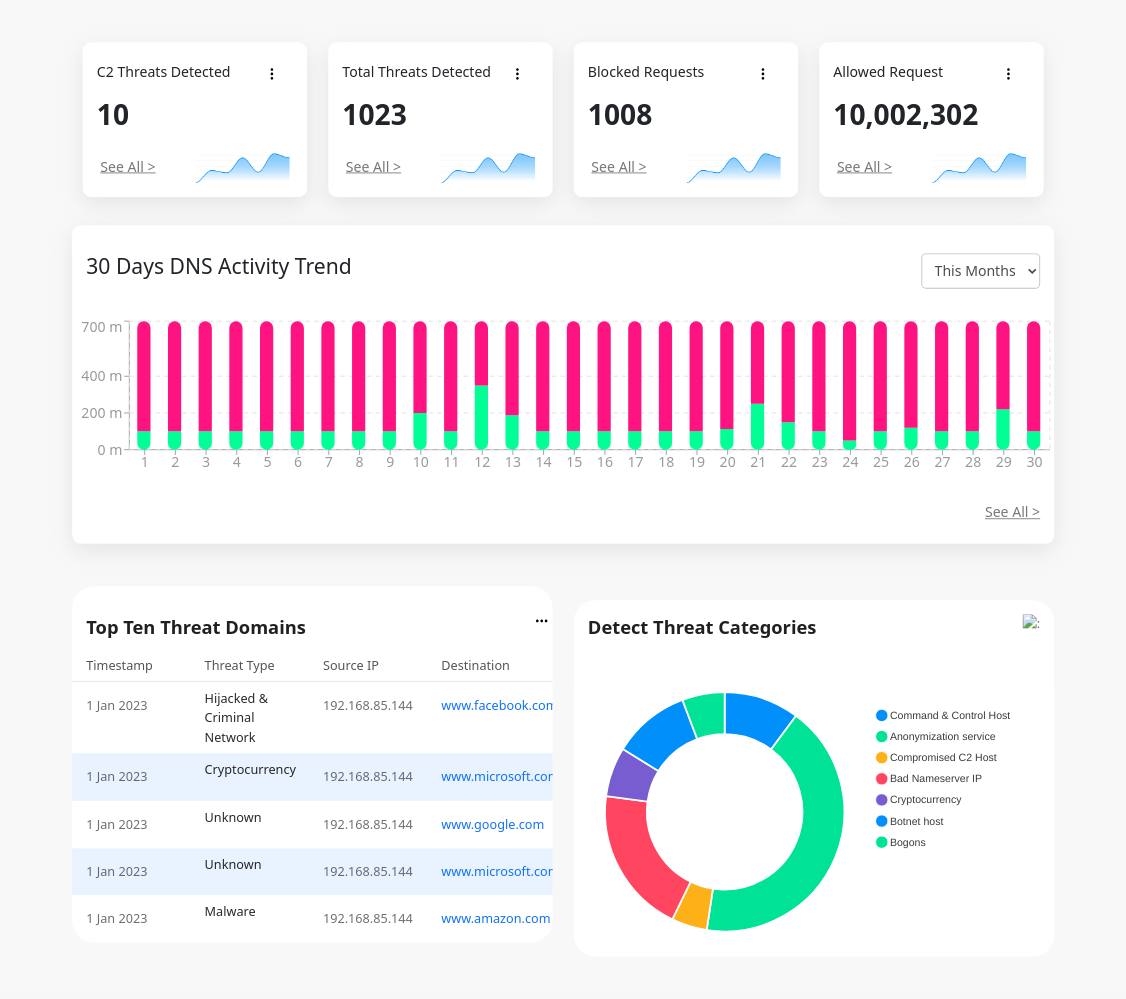
Repository: badhon252/dashboard
Page: /
An editor plug-in stored every save of this project. The page is shown before and after the next save, followed by the edit.
The browser window is 1280 px wide. The pictures show the whole page, at 88% of full size.
The project was rebuilt for these pictures with package versions that can differ from the ones it lists, and the page was loaded fresh each time. Also part of the build but not shown: vite.config.js.

Above is the page before, as saved 2023-01-27 05:12:23.

After the next save:
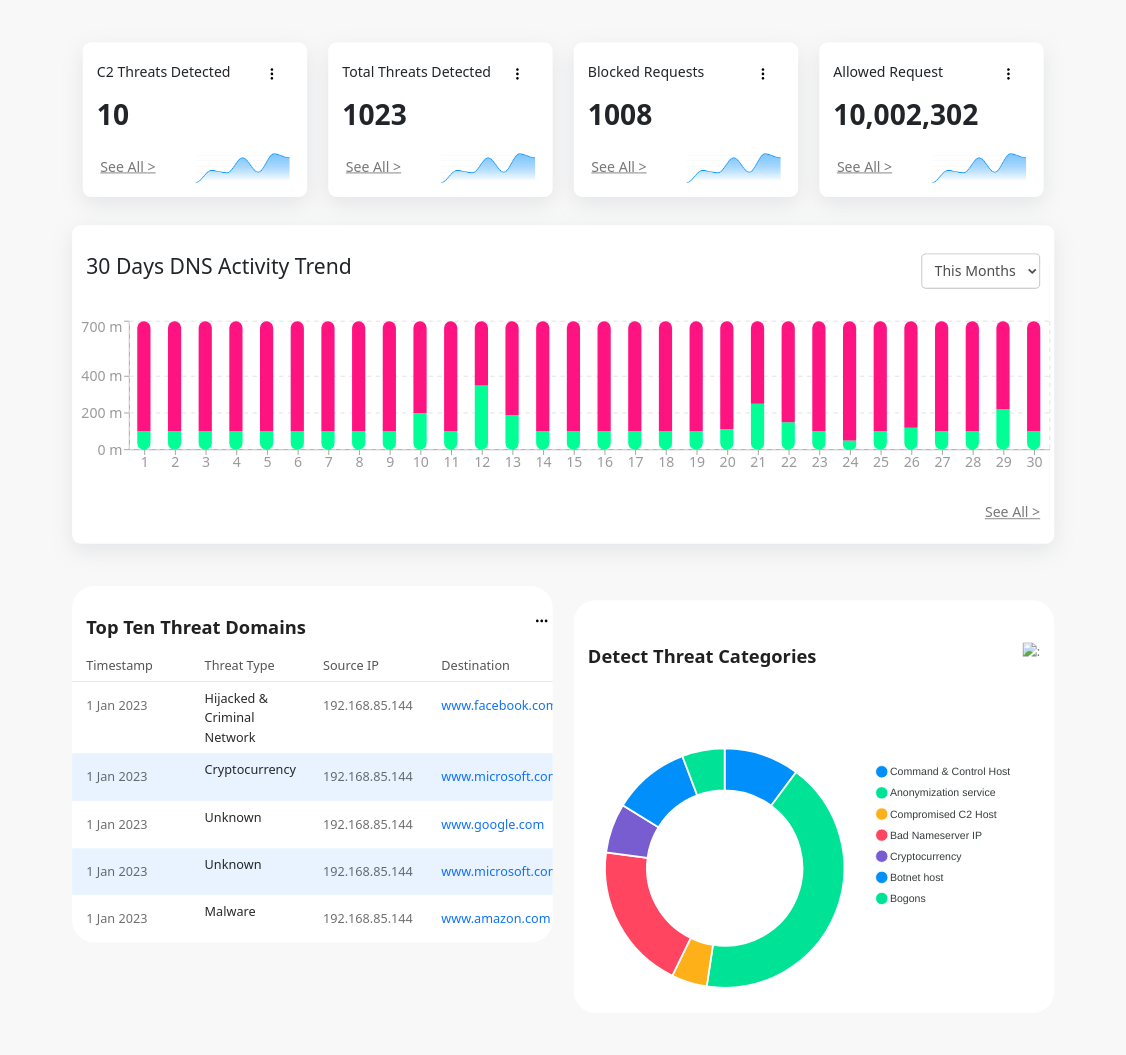
Saved 5 s later.
--- a/src/Components/Analysis/Graph/GraphAnalysis.jsx
+++ b/src/Components/Analysis/Graph/GraphAnalysis.jsx
@@ -13,7 +13,7 @@ const data = [
 const AnalysisGraph = ({ icon }) => {
   return (
     <div className="analysisGraph">
-      <div className="analysis-heading d-flex justify-content-between m-3 py-3">
+      <div className="analysis-heading d-flex justify-content-between m-3 py-5">
         <div className="title">Detect Threat Categories</div>
         <img src={icon} alt=":" />
       </div>
